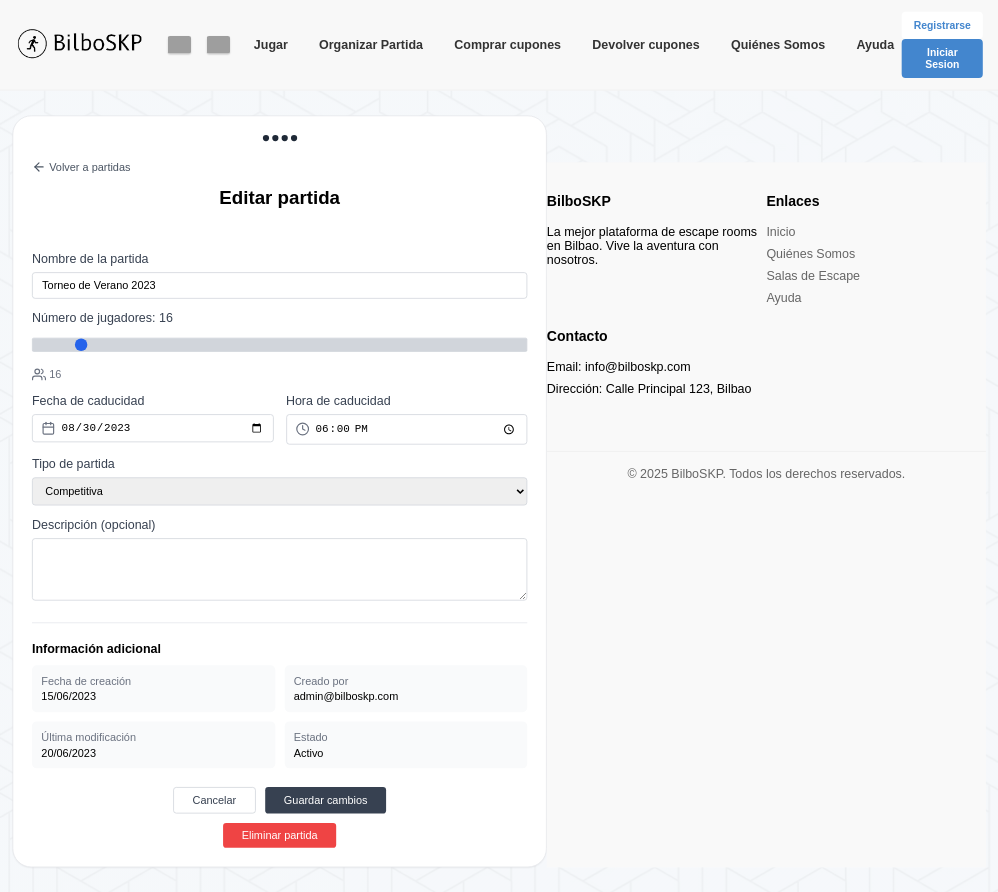
Repository: Andrew1447/Reto3-main
Page: http://localhost/bilboSKP/EditarPartida.jsp
An editor plug-in stored every save of this project. The page is shown before and after the next save, followed by the edit.
The browser window is 1280 px wide. The pictures show the whole page, at 78% of full size.
Pictures or frames that could not be fetched are drawn as grey boxes. Backgrounds fixed to the window are drawn as part of the page. The page is served by Tomcat 9. The template is opened directly, without the code that normally fills it, so the values that code supplies are empty.

Above is the page before, as saved 2025-04-27 14:54:19.

After the next save:
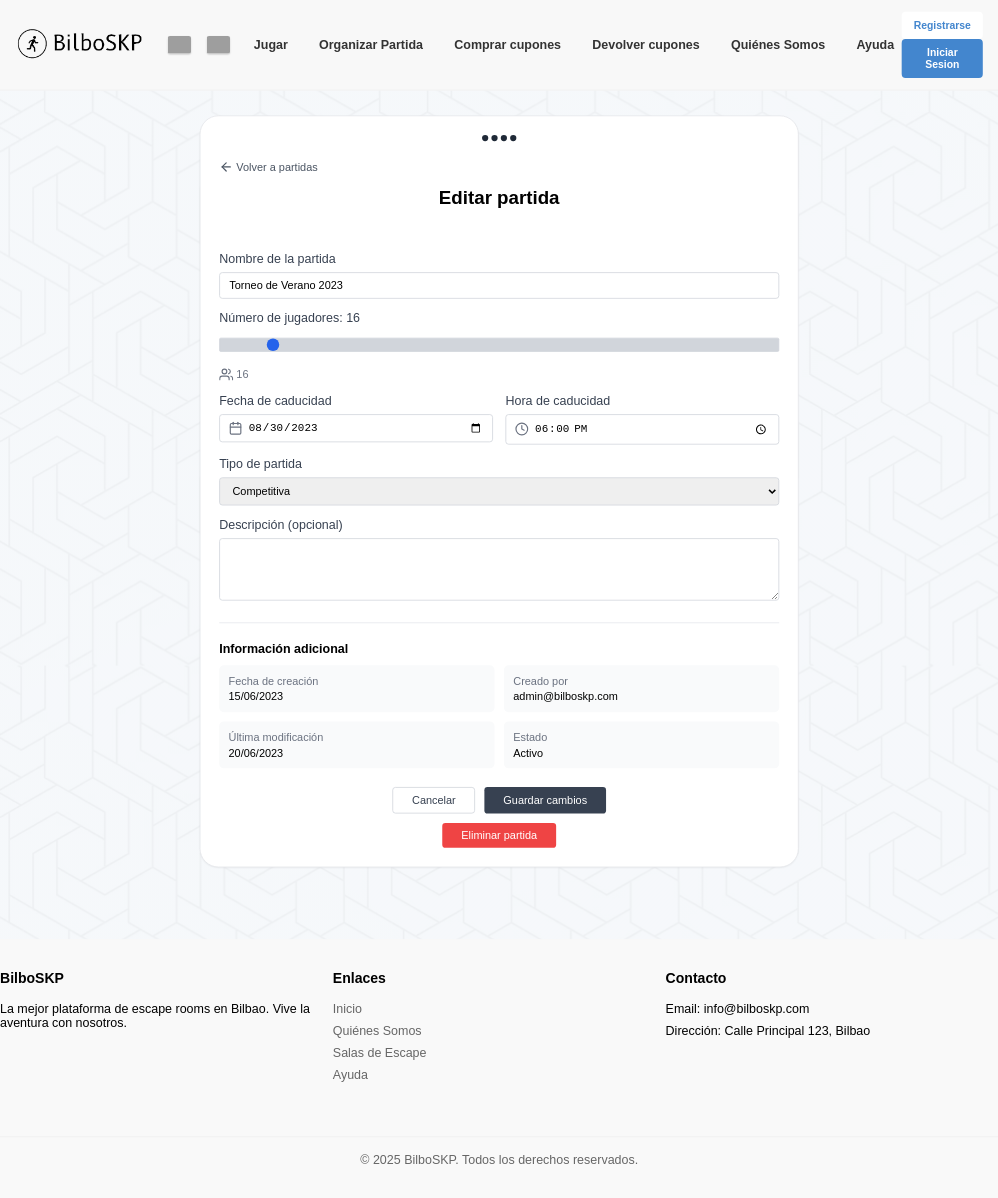
Saved 17 s later.
--- a/bilboSKP/src/main/webapp/EditarPartida.jsp
+++ b/bilboSKP/src/main/webapp/EditarPartida.jsp
@@ -191,6 +191,7 @@
         </form>
       </div>
     </div>
+    </main>
 
   <footer>
         <div class="container">
@@ -221,7 +222,6 @@
             </div>
         </div>
     </footer>
-  </main>
 
   <script>
     // Script para actualizar el valor del slider
